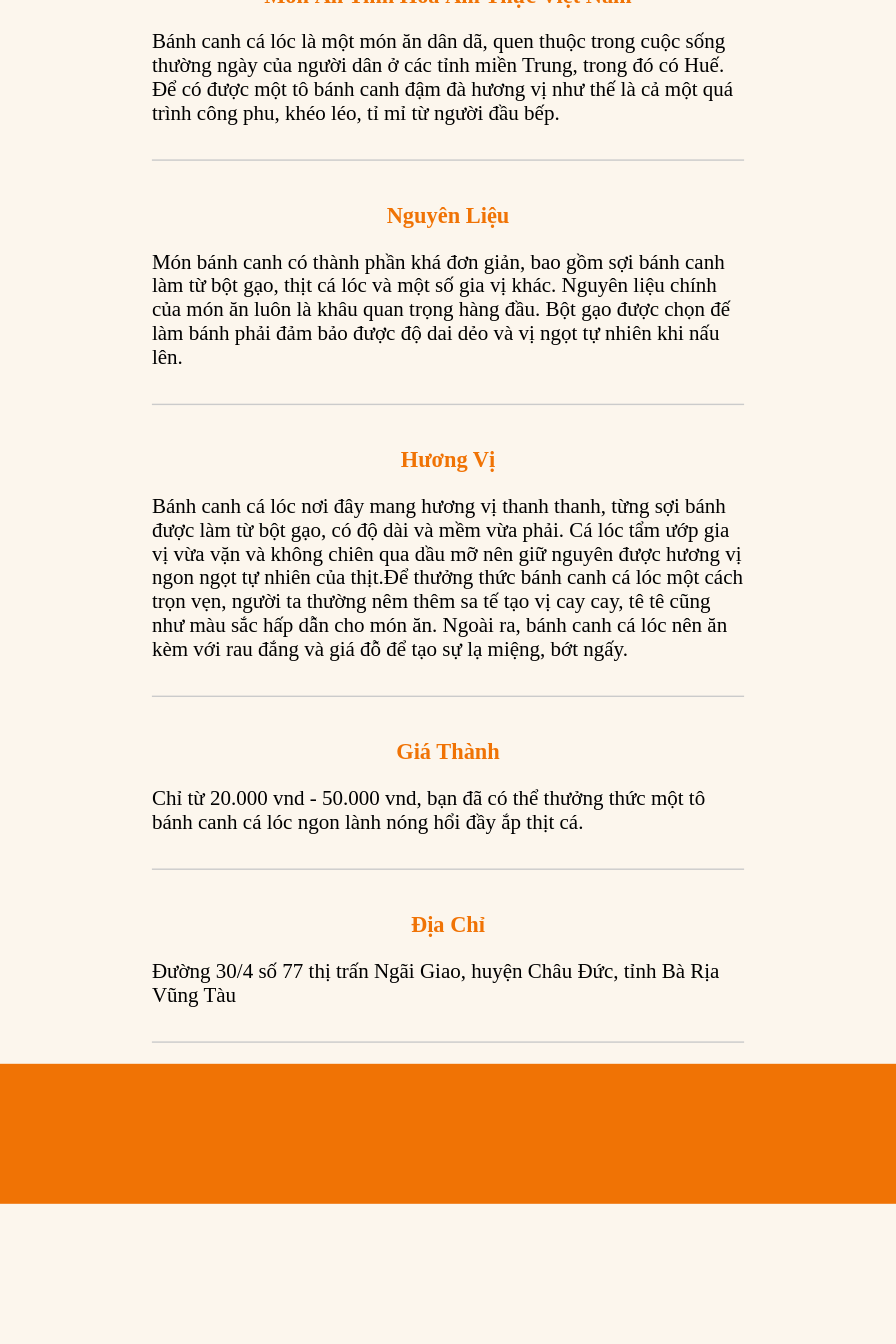
Repository: LeCongTuan2608/AmThuc
Page: public/index.html
The author's editor kept a copy of each file at every save. The page is drawn from the files as they stood at one save, then again after the next save.
The browser window is 1280 px wide. The pictures show the part of the page from y = 734 to 2654 px (the page is 2654 px tall before and 2544 px after), at 70% of full size.
Some web fonts or font styles are not loaded; a fallback is used. The style sheet was rebuilt from its Sass, Less or Tailwind sources for each picture, by a compiler version that may differ from the author's.

Above is the page before, as saved 2022-04-15 12:14:08.

After the next save:
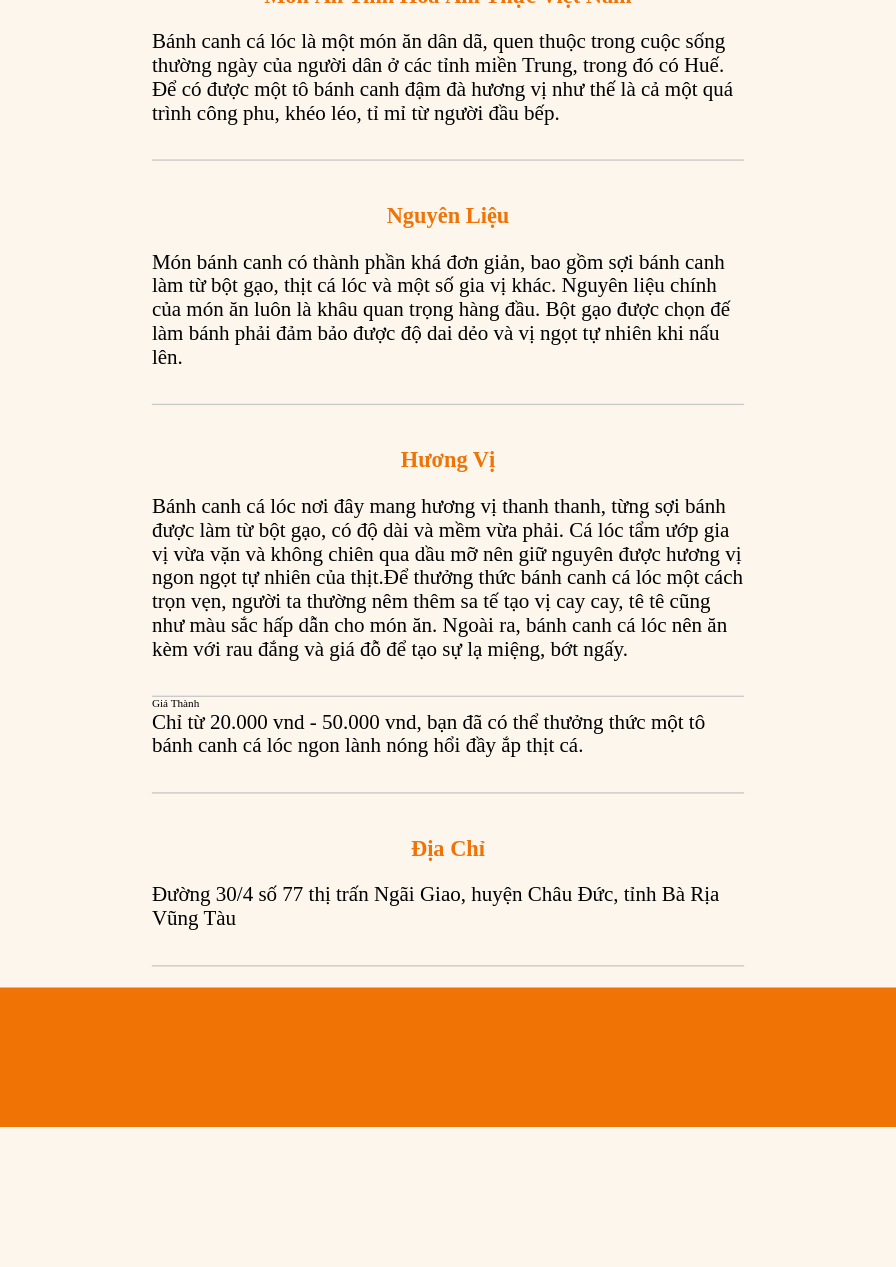
Saved 35 s later.
--- a/public/index.html
+++ b/public/index.html
@@ -58,7 +58,7 @@
                      </p>
                   </div>
                   <div id="price" class="posts">
-                     <h1>Giá Thành</h1>
+                     <span>Giá Thành</span>
                      <p>
                         Chỉ từ 20.000 vnd - 50.000 vnd, bạn đã có thể thưởng thức một tô bánh canh cá lóc ngon lành nóng
                         hổi đầy ắp thịt cá.
